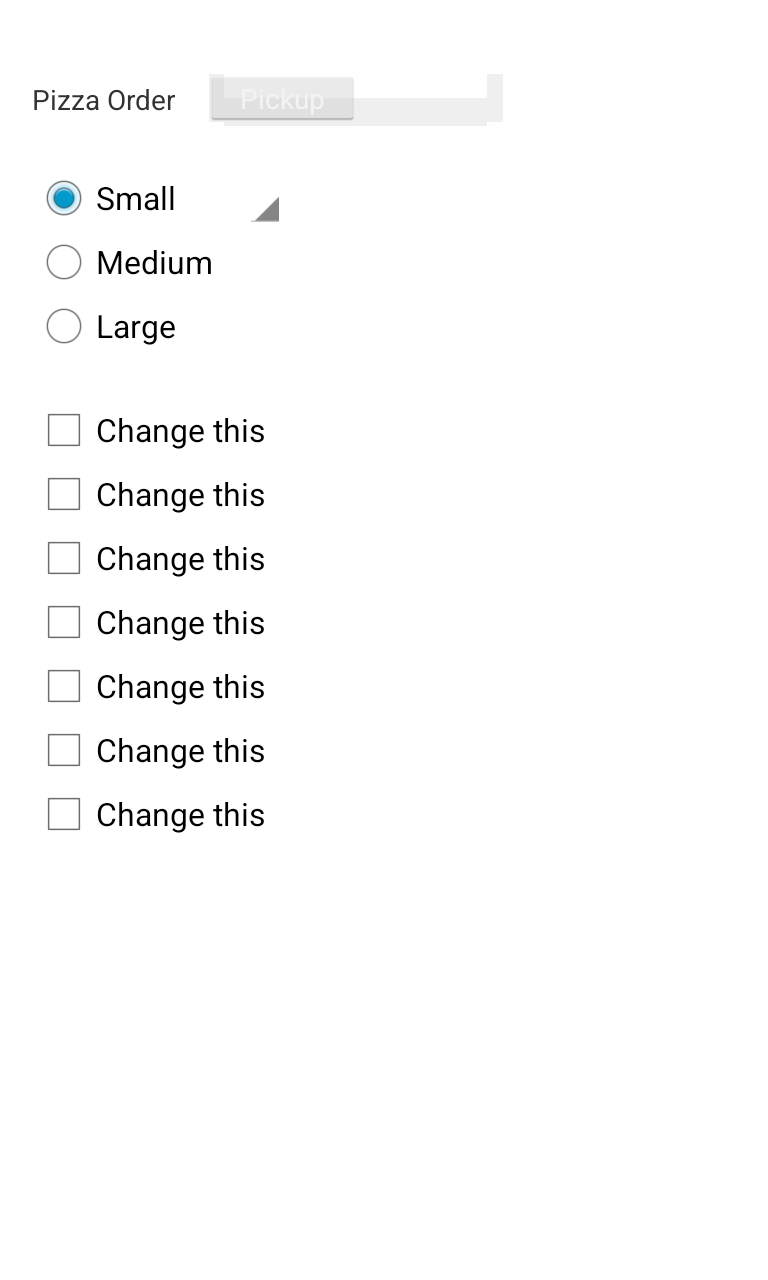
Repository: ericMedeiros93/Android-Dev
Layout: PizzaOrdering/res/layout/activity_main.xml
The author's editor kept a copy of each file at every save. The layout is drawn from the files as they stood at one save, then again after the next save.
It is drawn on a 768 x 1280 px phone screen (xhdpi) without system bars, with theme AppTheme; the app's code is not run.

Above is the layout before, as saved 2014-09-17 16:24:25.

After the next save:
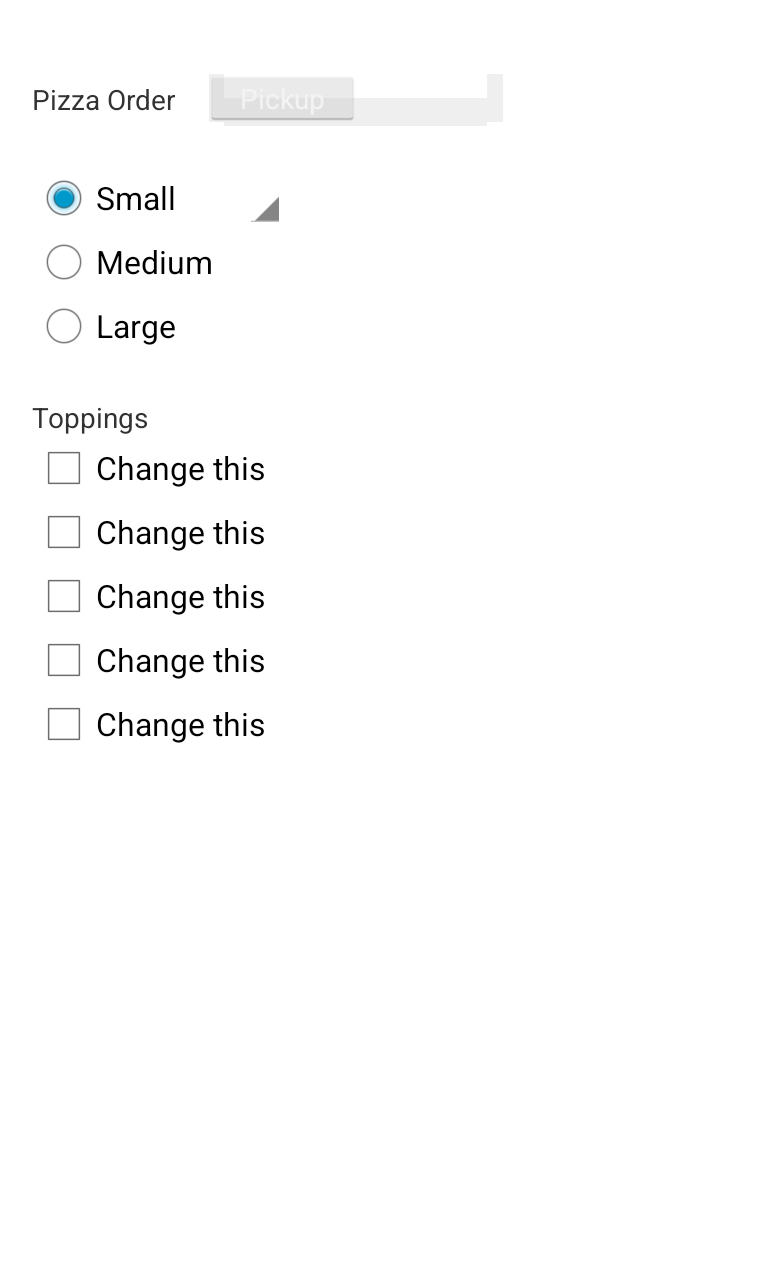
Saved 49 s later.
--- a/PizzaOrdering/res/layout/activity_main.xml
+++ b/PizzaOrdering/res/layout/activity_main.xml
@@ -76,15 +76,10 @@
         android:layout_height="wrap_content"
         android:layout_marginTop="20dp"
         android:orientation="vertical" >
-
-        <CheckBox
-            android:layout_width="wrap_content"
-            android:layout_height="wrap_content"
-            android:text="Change this" />
-        <CheckBox
-            android:layout_width="wrap_content"
-            android:layout_height="wrap_content"
-            android:text="Change this" />
+		<TextView
+        android:layout_width="wrap_content"
+        android:layout_height="wrap_content"
+        android:text="Toppings"/>
         <CheckBox
             android:layout_width="wrap_content"
             android:layout_height="wrap_content"
